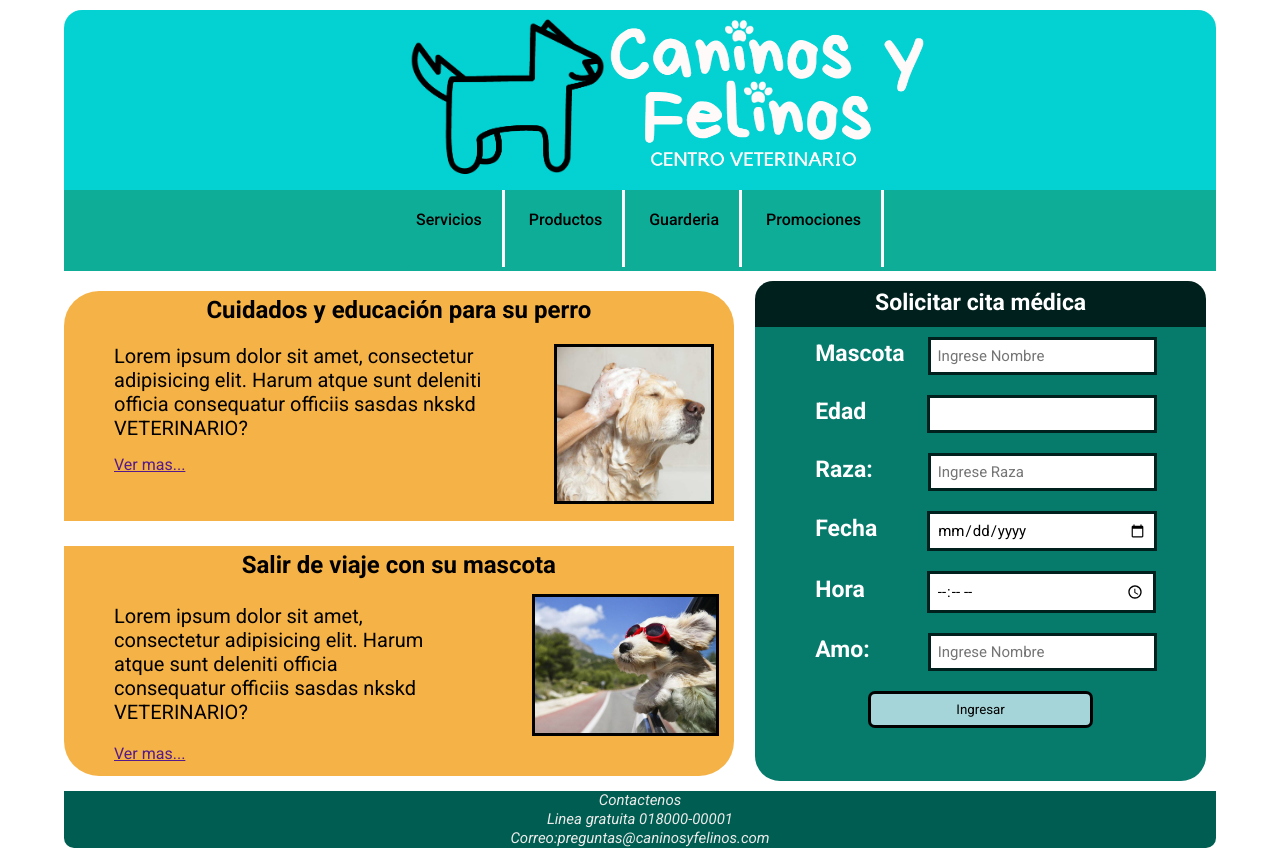
Repository: NickArregoces/Veterinaria
Page: Index.html
These files come from the project's save history. The page is drawn as it stood at one moment and after a run of saves; the edit follows.
The browser window is 1280 px wide. The pictures show the whole page.

Above is the page before, as saved 2021-10-15 15:15:06.

### Index.html
<!DOCTYPE html>
<html lang="en">
<head>
    <meta charset="UTF-8">
    <meta http-equiv="X-UA-Compatible" content="IE=edge">
    <meta name="viewport" content="width=device-width, initial-scale=1.0">
    <title>Canicos y felinos</title>
    <link rel="stylesheet" href="/CSS/Style.css">
    <link href="https://fonts.googleapis.com/css2?family=Roboto:ital,wght@0,100;0,300;0,400;0,500;0,700;0,900;1,100;1,300;1,400;1,500;1,700;1,900&display=swap" rel="stylesheet">
    <link rel="preconnect" href="https://fonts.googleapis.com">
    <link rel="preconnect" href="https://fonts.gstatic.com" crossorigin>
    <link href="https://fonts.googleapis.com/css2?family=Abril+Fatface&display=swap" rel="stylesheet">

</head>
<body>

        <header>
            <div class="image">
                <img id="logo" src="/Images/Captura de pantalla 2021-10-04 192824.png" alt="logo">

                <img id="text" src="/Images/logo.png" alt="text">
            </div>
        </header>

        <div class="navegador">
            <ul class="menu">
                <li><a href="/Servicios.html">Servicios</a></li>
                <li><a href="/Productos.html">Productos</a></li>
                <li><a href="/Guarderia.html">Guarderia</a></li>
                <li><a href="/Promociones.html">Promociones</a></li>
            </ul>
        </div>

            <div class="section">
                <form action="" class="cita">
                    <h3 style="color: rgb(255, 255, 255);">Solicitar cita médica</h3>
                        <div class="Mascota">
                            <h4>Mascota<input type="text" placeholder="Ingrese Nombre" required></h4>
                        </div>

                        <div class="Edad">
                            <h4>Edad<input type="number" required></h4>
                        </div>

                        <div class="Raza">
                            <h4>Raza:<input type="text" placeholder="Ingrese Raza" required></h4>
                        </div>
                        <div class="Fecha">
                            <h4>Fecha<input type="date" placeholder="" required></h4>
                        </div>

                        <div class="Hora">
                            <h4>Hora<input type="time" required></h4>
                        </div>

                        <div class="Amo">
                            <h4>Amo:<input type="text" placeholder="Ingrese Nombre" required></h4>
                        </div>

                    <div class="button">
                        <button class="sumbit"> Ingresar </button>
                    </div>

                </form>
            </div>

            <div id="Cuadros">
                <aside>
                    <div class="Cuidados">
                        <h2 style="color: rgb(0, 0, 0);">Cuidados y educación para su perro</h2>

                        <div id="Prueba">
                            <img id="Prueba" src="/Images/credit.png" alt="">


                            <p>Lorem ipsum dolor sit amet, consectetur adipisicing elit.
                                Harum atque sunt deleniti officia consequatur officiis
                                sasdas nkskd VETERINARIO?</p>

                            <div class="vinculo"><a href="">Ver mas...</a></div>
                        </div>

                    </div>

                    <div class="Viajes">
                        <h2 style="color: rgb(0, 0, 0);">Salir de viaje con su mascota</h2>

                        <div id="Prueba">
                            <img id="Prueba" src="/Images/Wallpaper(80).jpg" alt="">

                            <p>Lorem ipsum dolor sit amet, consectetur adipisicing elit.
                            Harum atque sunt deleniti officia consequatur officiis
                            sasdas nkskd VETERINARIO?</p>

                            <div class="vinculo1"><a href="">Ver mas...</a></div>
                        </div>
                    </div>
                </aside>
            </div>

            <div>
                <footer>
                        <p>Contactenos</p>
                        <p>Linea gratuita 018000-00001</p>
                        <p>Correo:preguntas@caninosyfelinos.com</p>
                </footer>
            </div>


</body>
</html>

### CSS/Style.css

*{
    margin: 0 auto;
    padding: 0px;
    list-style:none;
    font-family: 'Roboto', sans-serif;
}
body{
    font-family: Arial, Helvetica, sans-serif;
    background: rgb(255, 255, 255);
    width: 90%;
    color: rgb(0, 0, 0);
}
header{
    width: 100%;
    margin-top: 10px;
    background: #04d1d1;
    border-top-left-radius:  18px;
    border-top-right-radius:  18px;
    height: 180px;
}
    header .image #logo{
        width: 17%;
        margin-left: 30%;
    }
    header .image  #text{
        width: 28%;
    }
div.navegador{
    background: rgb(14, 173, 152);
    justify-content: space-around;
    align-items: center;
    display:flex
}
    ul.menu{
        border-bottom-left-radius: 20px 20px;
        border-bottom-right-radius: 20px 20px;
        background: rgb(14, 173, 152);
        height: 60%px;
        list-style: none;
        padding: 0;
    }
    .menu li a{
        height: 37px;
        font-size: 100%;
        font-weight: 500;
        margin-right: 1px;
        text-decoration: none;
        color:black;
        padding: 20px;
        display: table-cell;
    }
    .menu li {
        border-right: solid white;
        display: inline-block;
        }
    .menu li a:hover{
        background: #242323b6;
        color: white;
        }

.section{
    width: 40%;
    float: right;
}
    form{
        background: rgb(6, 122, 107);
        border-radius: 25px;
        margin-top: 10px;
        margin-right:10px;
        margin-bottom: 10px;
        height: 500px;
    }
        form h3{
            font-size: 23px;
            text-align: center;
            background: rgb(0, 32, 29);
            height: 30px;
            padding: 8px;
            border-top-left-radius: 18px;
            border-top-right-radius: 18px;
        }
        form h4{
            font-size: 23px;
            padding: 10px;
            margin-left: 50px;
            color: rgb(255, 255, 255);

        }
        form input{
            font-size: 15px;
            width: 55%;
            padding: 7px;
            display: inline;
            border: solid rgb(0, 32, 29);
            margin-left: 10px;
        }
        div.Mascota input {
            margin-left: 23px;
        }
        div.Edad input {
            margin-left: 61px;
        }
        div.Raza input {
            margin-left: 55px;
        }
        div.Fecha input {
            margin-left: 50px;
        }
        div.Hora input {
            margin-left: 62px;
        }
        div.Amo input {
            margin-left: 58px;
        }
        div.button{
            margin-top: 10px;
            margin: auto;
            text-align: center;
            width: 50%;
            cursor: pointer;
        }
        button{
            margin-top: 10px;
            width: 100%;
            padding: 8px;
            background:#A5D5D8;
            border-radius: 7px;
            border: solid black;
            cursor: pointer;

        }
        button:hover{
            background: #000000b6;
            color: rgb(255, 255, 255);
        }
aside{
    width: 59%;
    height: 500px;
    margin-top: 10px;
    float: left;
    margin-bottom: 10px;
}
    div.Cuidados{
        height: 230px;
        border-top-left-radius: 35px;
        border-top-right-radius: 35px;
        margin-top: 10px;
        margin-right: 10px;
        background:#f5b246;
        overflow:hidden;
    }
    /*Centrado Imagenes aside*/
    #Prueba{
        float: right;
    }
        div.Cuidados h2{
            text-align: center;
            margin-top: 5px;
        }
        div.Cuidados img {
            margin: 20px;
            width: 23%;
            border: solid black;
        }
        /*Efecto Imagenes aside*/
        div #Prueba img:hover{
            -webkit-transform:scale(0.9);
            transform:scale(0.9);
        }
        div.Cuidados p{
            font-size: 20px;
            margin-top: 20px;
            margin-left: 50px;
            width: 60%;
            display: inline-block;
        }
        div.Cuidados a{
            position: absolute;
            margin-left: 50px;
            margin-top: 15px;
        }

    div.Viajes {
        height: 230px;
        border-bottom-right-radius: 35px;
        border-bottom-left-radius: 35px;
        margin-top: 25px;
        margin-right: 10px;
        background:#f5b246;
        overflow: hidden;
    }
        div.Viajes h2{
            text-align: center;
            margin-top: 5px;
        }
        div.Viajes img {
            width: 27%;
            margin: 15px;
            border: solid black;
        }
        div.Viajes p{
            font-size: 20px;
            margin-top: 25px;
            margin-left: 50px;
            width: 50%;
            display: inline-block;
        }
        div.vinculo1 a{
            position: absolute;
            margin-left: 50px;
            margin-top: 20px;
        }

footer{
    background: rgb(0, 93, 81);
    clear: both;
    border-bottom-left-radius: 10px;
    border-bottom-right-radius: 10px;
}
    footer p{
        font-size: 15px;
        text-align: center;
        line-height: 15px;
        color: rgb(236, 235, 235);
        font-style:italic;
        padding: 2px;
    }

After the next 2 saves:
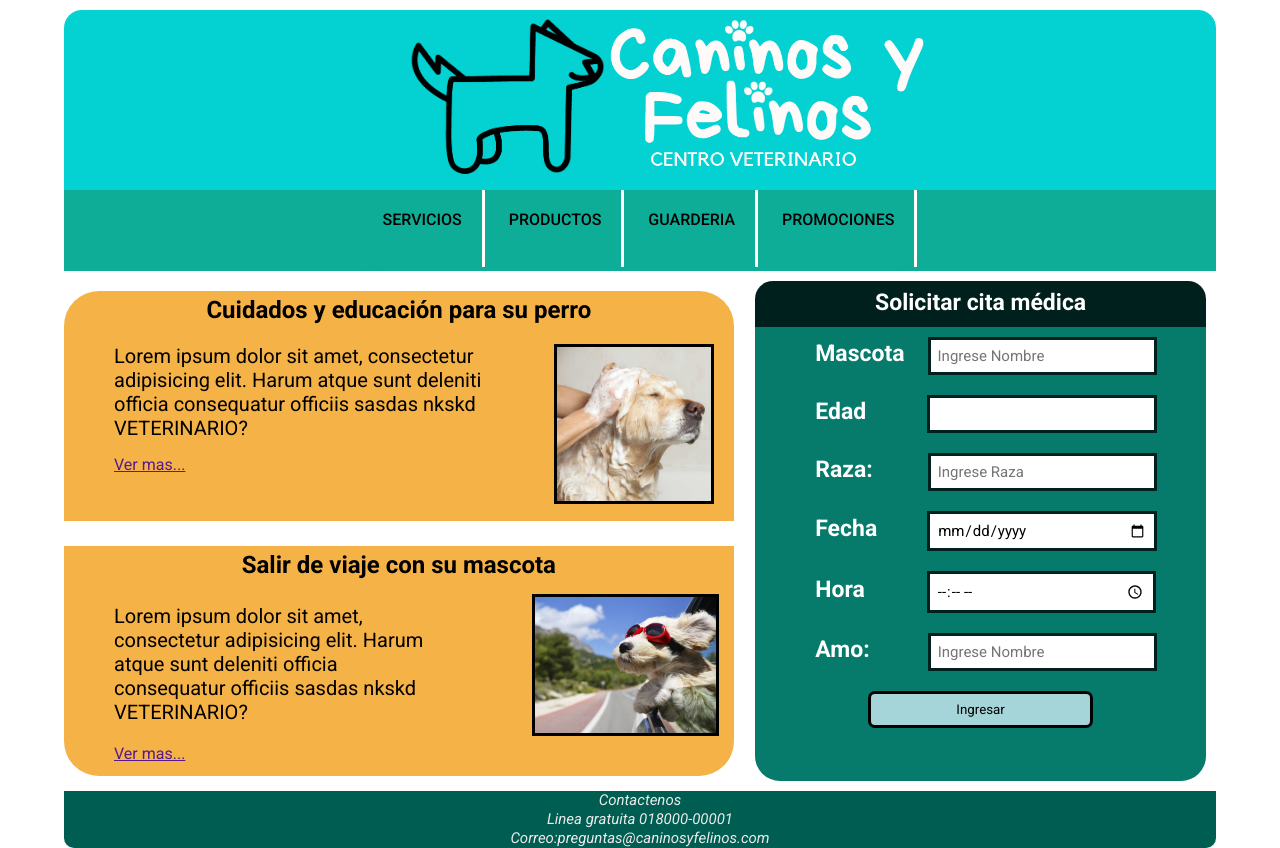
The 2 saves are shown as one change because they came seconds apart.
The last was saved 8 s later.
--- a/CSS/Style.css
+++ b/CSS/Style.css
@@ -45,6 +45,7 @@ div.navegador{
         font-size: 100%;
         font-weight: 500;
         margin-right: 1px;
+        text-transform: uppercase;
         text-decoration: none;
         color:black;
         padding: 20px;
